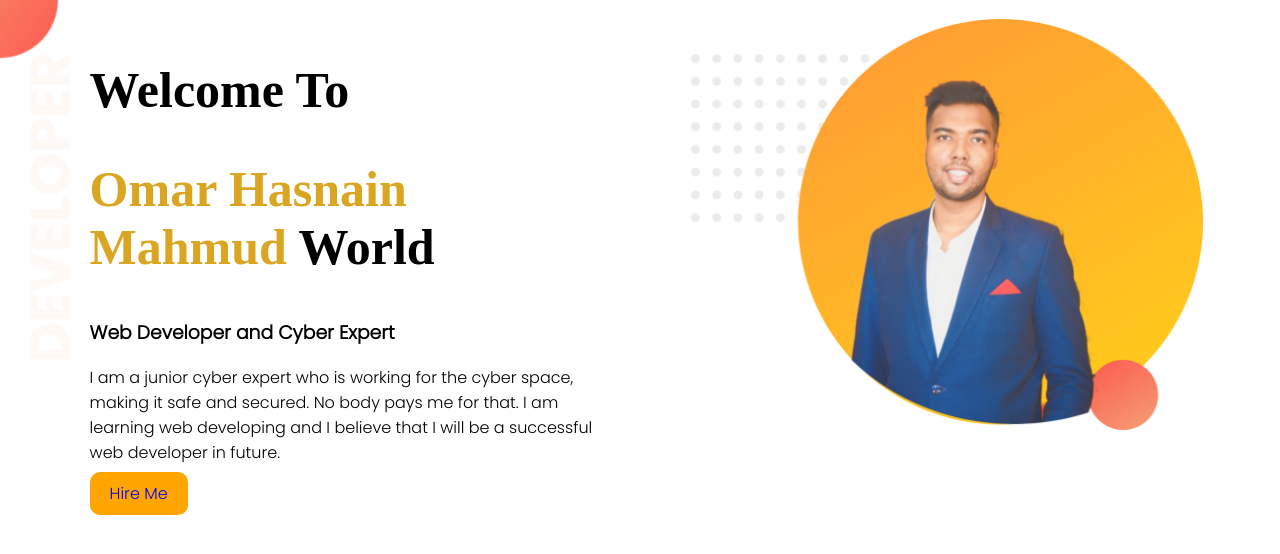
Repository: omarhasnain/web-portfolio
Page: index.html
The author's editor kept a copy of each file at every save. The page is drawn from the files as they stood at one save, then again after the next save.
The browser window is 1280 px wide. The pictures show the whole page.
Some web fonts or font styles are not loaded; a fallback is used.

Above is the page before, as saved 2021-01-05 21:37:41.

### index.html
<!DOCTYPE html>
<html lang="en">
<head>
    <meta charset="UTF-8">
    <meta name="viewport" content="width=device-width, initial-scale=1.0">
    <title>Web Developer Omar</title>
    <link rel="preconnect" href="https://fonts.gstatic.com">
    <link href="https://fonts.googleapis.com/css2?family=Redressed&display=swap" rel="stylesheet">
    <link rel="preconnect" href="https://fonts.gstatic.com">
    <link href="https://fonts.googleapis.com/css2?family=Poppins:wght@300&display=swap" rel="stylesheet">
    <link rel="stylesheet" href="web portfolio style.css">
</head>
    <body>
        <section class="top-banner">
            <div class="half-width">
                    <h1>Welcome To </h1>
                    <h1><span class="name-highlight">Omar Hasnain Mahmud</span> World</h1>
                    <h3>Web Developer and Cyber Expert</h3>
                    <p>I am a junior cyber expert who is working for the cyber space, making it safe and secured. No body pays me for that. I am learning web developing and I believe that I will be a successful web developer in future.</p>
                    <a class="link-button" target="_blank" href="https://www.linkedin.com/in/hasnain-mahmud-708160170/">Hire Me</a>
            </div>
            <div class="half-width">
                <img src="images/profile.png" alt="">
            </div>
        </section>

    </body>
</html>

### web portfolio style.css
body{
    margin: 0;
    font-family: 'Poppins', sans-serif;
}
h1{
    font-size: 50px;
    font-family: 'Redressed', cursive;
}
.name-highlight{
    color: goldenrod;
}
h3{
    font-family: 'Poppins', sans-serif;
}

.half-width{
    width: 40%;
    float: left;
    margin-left: 5%;
    padding-left: 2%;
    padding-top: 1.5%;
}
.half-width img{
    width: 100%;
}
.top-banner{

    background-image: url("images/top-banner.png");
    background-repeat: no-repeat;
}
section{
    height: 500px;
}
.link-button{
    text-decoration: none;
    background-color: orange;
    padding: 10px 20px;
    border-radius: 10px;
}

After the next save:
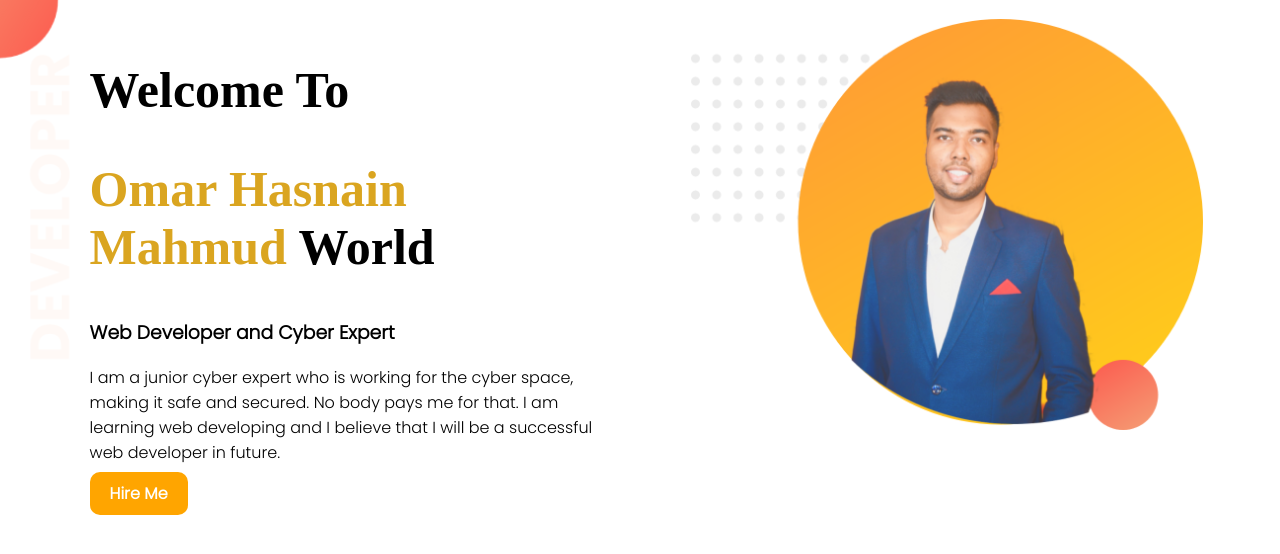
Saved 45 s later.
--- a/web portfolio style.css
+++ b/web portfolio style.css
@@ -36,4 +36,6 @@
     background-color: orange;
     padding: 10px 20px;
     border-radius: 10px;
+    color: white;
+    font-weight: 700;;
 }
